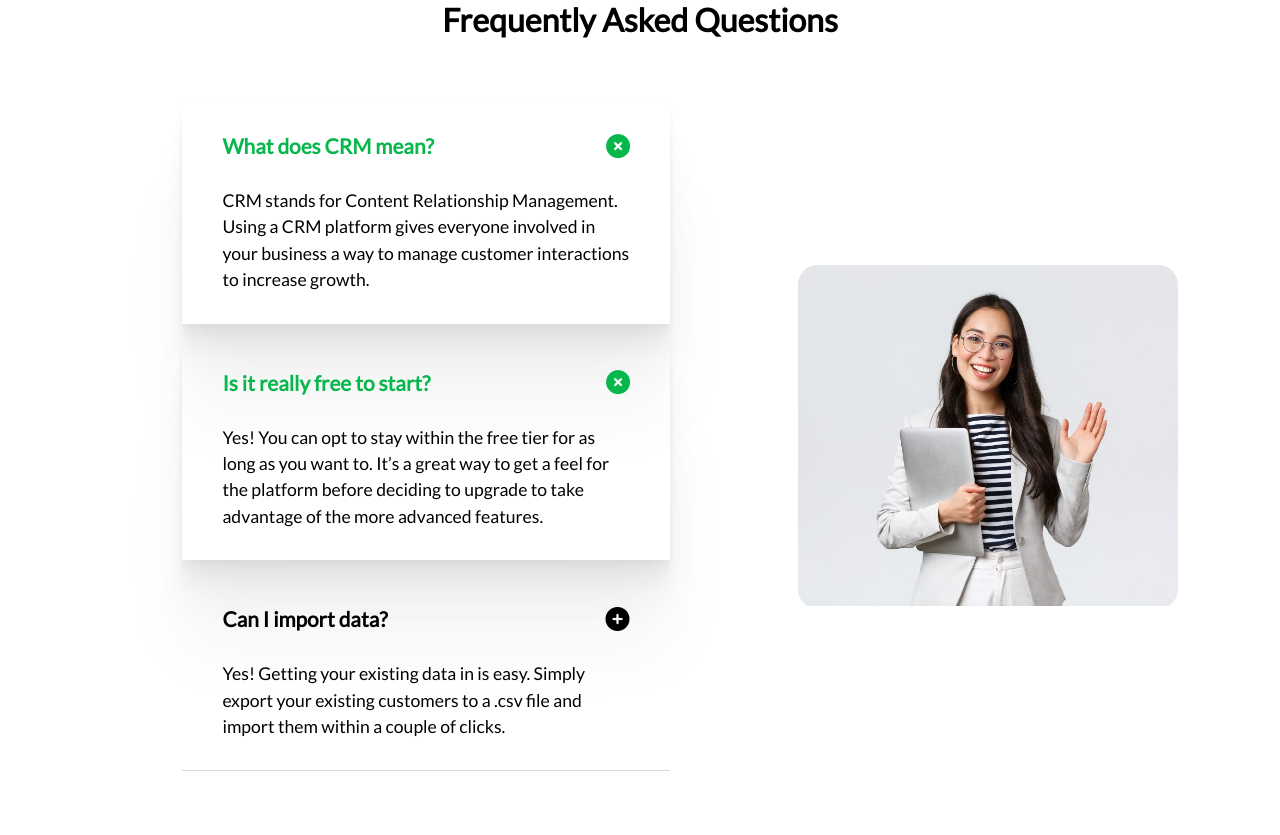
Repository: emiliaiwu/faq_component
Page: index.html
An editor plug-in stored every save of this project. The page is shown before and after a run of saves, followed by the edit.
The browser window is 1280 px wide. The pictures show the whole page.
Some web libraries are served in a nearby version.

Above is the page before, as saved 2022-12-13 16:47:25.

### index.html
<!DOCTYPE html>
<html lang="en">
<head>
    <meta charset="UTF-8">
    <meta http-equiv="X-UA-Compatible" content="IE=edge">
    <meta name="viewport" content="width=device-width, initial-scale=1.0">
    <link rel="stylesheet" href="style.css">
    <script src="https://kit.fontawesome.com/fd9c36575f.js" crossorigin="anonymous"></script>
    <title>FAQ Component</title>
</head>
<body>
        <h2>Frequently Asked Questions</h2>
        <article class="faq_component">
            <div class="faq_container">
                <div class="faq_content active">
                    <div class="faq_header">
                        <h3>What does CRM mean?</h3>
                        <i class="fa-solid fa-circle-plus fa-circle-minus"></i>
                    </div>
                    <div class="content_wrap">
                        <p class="content hidden">
                            CRM stands for Content Relationship Management. Using a CRM platform gives everyone involved in your business a way to manage customer interactions to increase growth.
                        </p>
                    </div>
                </div>

                <div class="faq_content active">
                    <div class="faq_header">
                        <h3>Is it really free to start?</h3>
                        <i class="fa-solid fa-circle-plus"></i>
                    </div>
                    <div class="content_wrap">
                        <p class="content hidden">
                            Yes! You can opt to stay within the free tier for as long as you want to. It’s a great way to get a feel for the platform before deciding to upgrade to take advantage of the more advanced features.
                        </p>
                    </div>
                </div>

                <div class="faq_content">
                    <div class="faq_header">
                        <h3>Can I import data?</h3>
                        <i class="fa-solid fa-circle-plus"></i>
                    </div>
                    <div class="content_wrap">
                         <p class="content hidden">
                            Yes! Getting your existing data in is easy. Simply export your existing customers to a .csv file and import them within a couple of clicks.
                        </p>
                    </div>
                </div>
            </div>
            <div class="faq_image">
                <img src="img/meeting.jpg" alt="">
            </div>
        </article>
 <script src="script.js"></script>
</body>
</html>

### style.css
@import url('https://fonts.googleapis.com/css2?family=Lato:wght@300;400&display=swap');

* {
    margin: 0;
    padding: 0;
    box-sizing: border-box;
}

body {
    font-family: 'Lato', sans-serif;
    max-width: 100vw;
    min-height: 100vh;
    flex-direction: column;

}

body,
.faq_component,
.faq_container {
    display: flex;
    align-items: center;
    justify-content: center;

}


/* TYPOGRAPHY */
h2 {
    text-align: center;
    font-size: 2rem;
    font-family: inherit;

}

h3 {
    font-size: 1.3rem;
    font-family: inherit;
}

p {
    font-size: 1.1rem;
    font-family: inherit;
    height: 100%;
    line-height: 1.5;
}

.fa-solid {
    font-size: 1.5rem;
}



/* MAIN BODY */
.faq_component {
    margin: 4rem 8vw;
    gap: 3rem;
}

.faq_image {
    min-width: 380px;
    max-width: 800px;
    border-radius: 20px;
    overflow: hidden;
}

img {
    width: 100%;
    height: auto;
}

.faq_container {
    padding: 0 5rem;
    flex-direction: column;
    gap: 1rem;
}

.faq_header {
    display: flex;
    align-items: center;
    justify-content: space-between;
    padding: 30px 0px 30px 0;
}

.faq_content {
    padding: 0 40px;
    border-bottom: 1px solid rgba(0, 0, 0, 0.146);
    cursor: pointer;
}

.content_wrap {
    max-height: 150px;
    padding: 0 0 30px;
}


/* ACTIVE CLASSES */

.faq_content.active {
    border: none;
    box-shadow: 0 90px 70px 0 rgb(0 0 0 / 4%),
        0 40px 35px 0 rgb(0 0 0 / 3%),
        0 25px 15px 0 rgb(0 0 0 / 3%),
        0 11px 7px 0 rgb(0 0 0 / 3%),
        0 2px 5px 0 rgb(0 0 0 / 3%);
}

.faq_content.active .faq_header {
    color:rgb(8, 183, 75);
}

.faq_content.active .fa-solid {
    transform: rotate(45deg);
    transition: all 0.2s ease;
}

.faq_content.active .fa-c


@media only screen and (max-width: 1000px) {
    .faq_component {
        flex-direction: column;
        margin: 4rem 8vw;
    }

    h2 {
        margin-top: 3rem;
    }

    .faq_container {
        padding: 0;
    }

    .content_wrap {
    max-height: 300px;
    padding: 0 0 30px;
    }
}

### script.js
'use strict';
const faqHeader = document.querySelectorAll('.faq_header');
const faqContent = document.querySelectorAll('.faq_content');
const content = document.querySelector('.content');



faqContent.forEach((faq) => {
    faq.addEventListener('click', function () {
        // deselect();
        faq.classList.toggle('active');

    });
})


// const deselect = () => {
//     faqHeader.forEach((faq) => {
//         faqContent.classList.remove('active');
// 		content.classList.add('hidden');
// 		faq.classList.remove('open');
//     })
// }

After the next 3 saves:
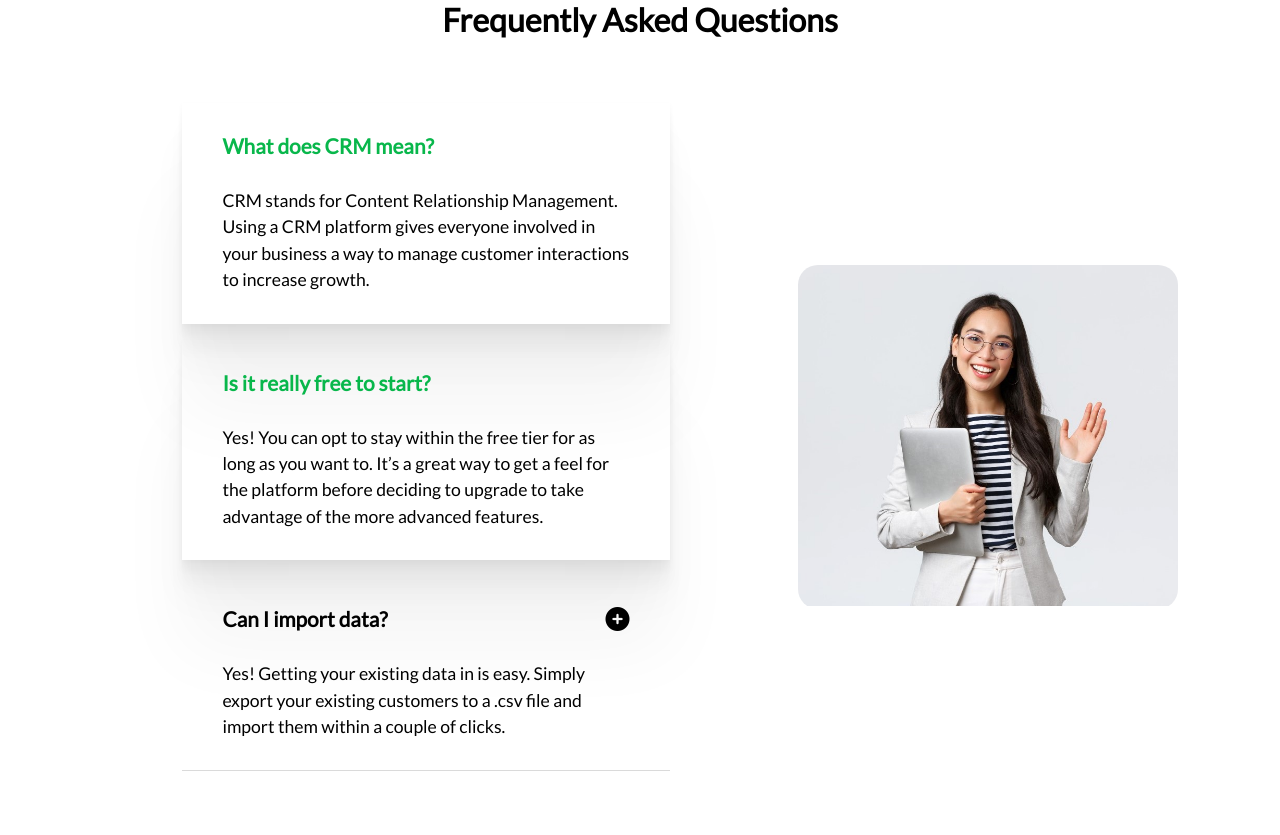
The 3 saves are shown as one change because they came seconds apart.
The last was saved 13 s later.
--- a/style.css
+++ b/style.css
@@ -113,7 +113,9 @@ img {
     transition: all 0.2s ease;
 }
 
-.faq_content.active .fa-c
+.faq_content.active .fa-circle-plus {
+    display: none;
+}
 
 
 @media only screen and (max-width: 1000px) {
